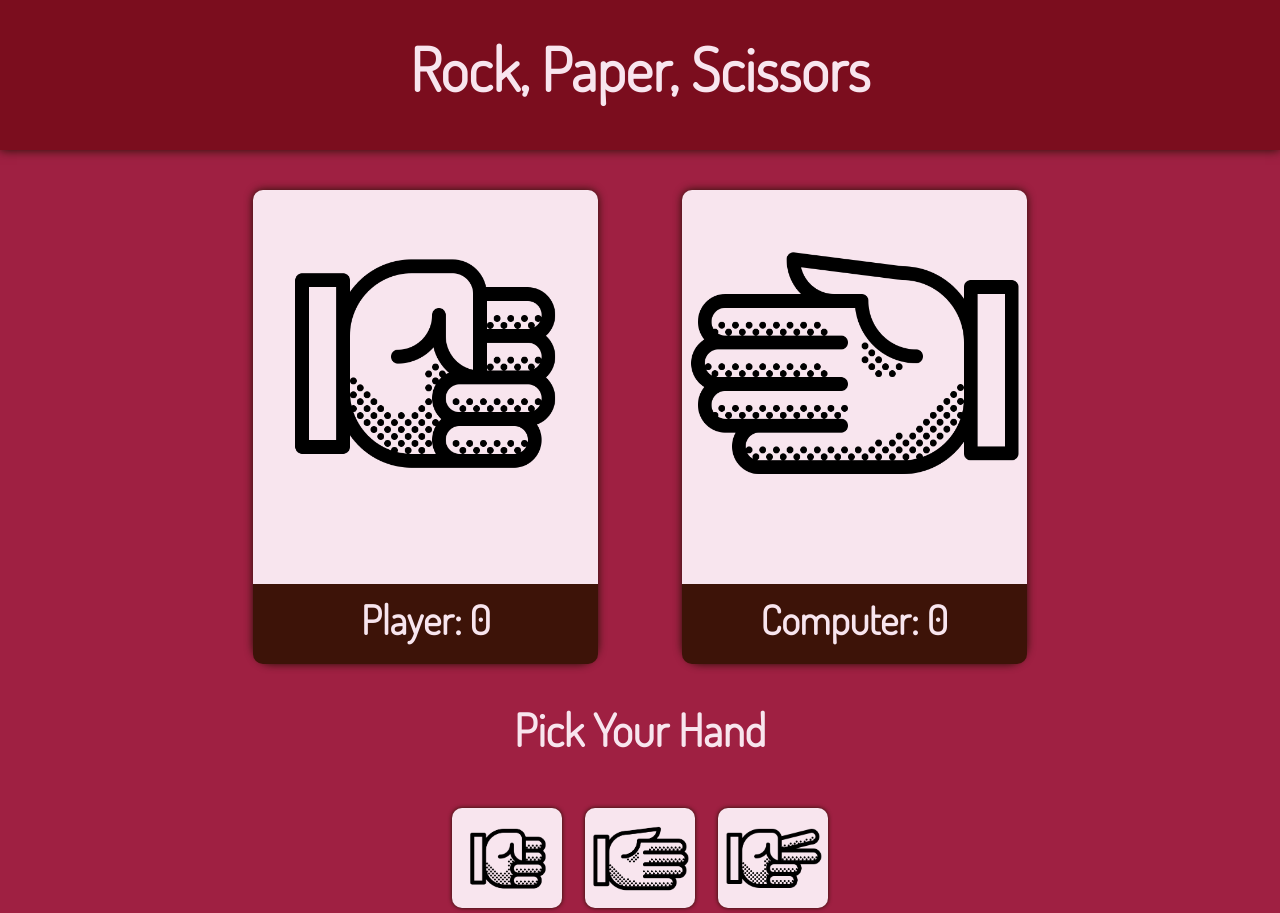
Repository: shayanabedi98/rock-paper-scissors
Page: index.html
These files come from the project's save history. The page is drawn as it stood at one moment and after the next save; the edit follows.
The browser window is 1280 px wide. The pictures show the whole page.
After loading, the first visible `#rock` was clicked once.

Above is the page before, as saved 2023-07-14 01:35:58.
Console error: ReferenceError: playerPick is not defined

After the next save:
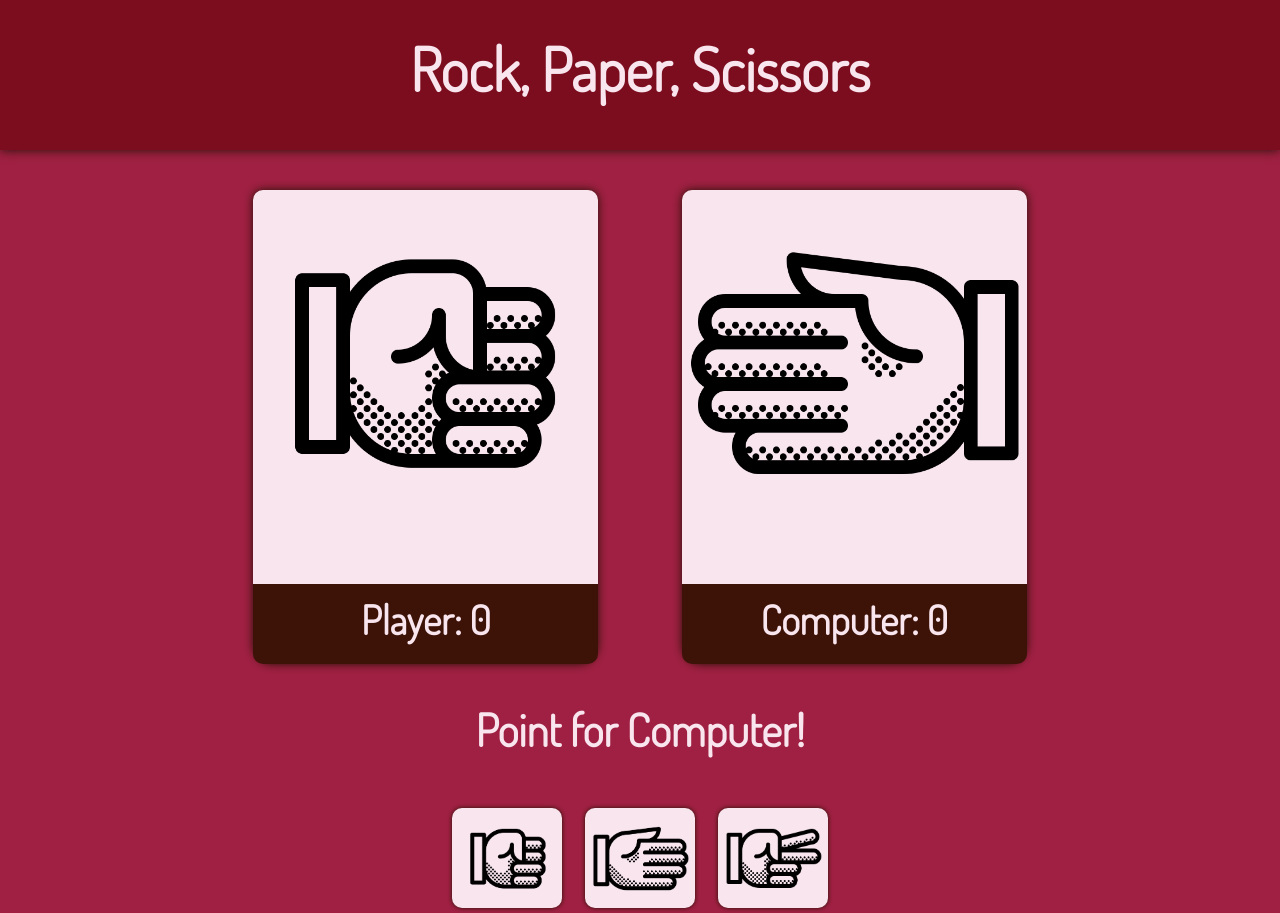
The error is gone.
Saved 43 s later.
--- a/index.js
+++ b/index.js
@@ -16,15 +16,15 @@ function rng() {
 
 rock.addEventListener('click', function() {
     player.src = 'resources/rockleft.png';
-    playePick = 'rock';
+    playerPick = 'rock';
 });
 paper.addEventListener('click', function() {
     player.src = 'resources/paperleft.png';
-    playePick = 'paper';
+    playerPick = 'paper';
 });
 scissors.addEventListener('click', function() {
     player.src = 'resources/scissorsleft.png';
-    playePick = 'scissors';
+    playerPick = 'scissors';
 });
 
 for (let i = 0; i < btn.length; i ++){
@@ -43,8 +43,7 @@ for (let i = 0; i < btn.length; i ++){
 
         if (playePick === computerPick) {
             caption.innerHTML = 'Tie!'
-        }
-        if ((playerPick === 'rock') && (computerPick === 'paper')) {
+        } else if ((playerPick === 'rock') && (computerPick === 'paper')) {
             caption.innerHTML = 'Point for Computer!'
         } else if (playerPick === 'scissors' && computerPick === 'rock') {
             caption.innerHTML = 'Point for Computer!'
